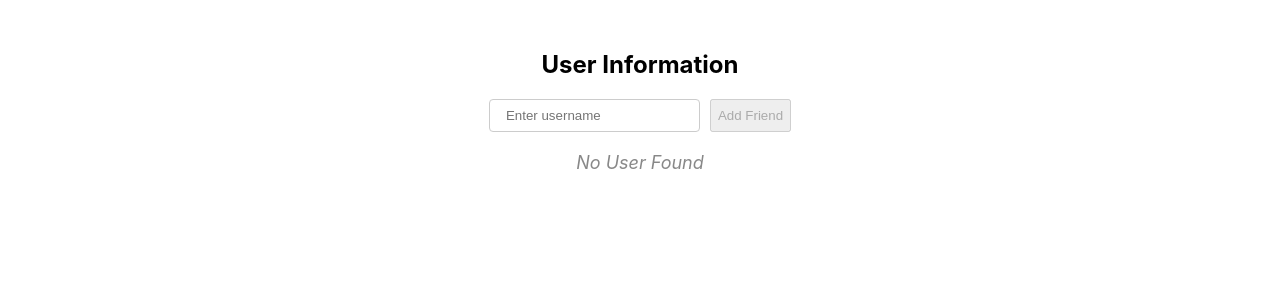
Repository: Sanketh149/leetcode-discord
Page: /
An editor plug-in stored every save of this project. The page is shown before and after the next save, followed by the edit.
The browser window is 1280 px wide. The pictures show the whole page.
The project was rebuilt for these pictures with package versions that can differ from the ones it lists, and the page was loaded fresh each time. Also part of the build but not shown: src/Modal.module.css, src/Modal.js, src/Cart.module.css, src/Cart.js.

Above is the page before, as saved 2023-06-21 16:23:33.

After the next save:
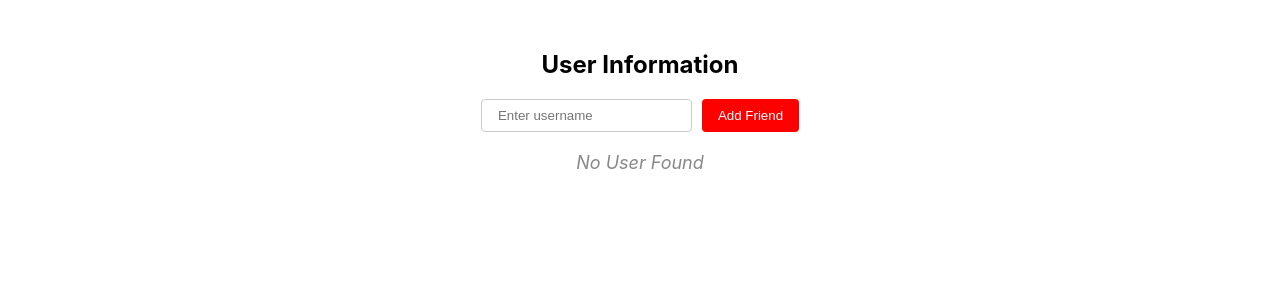
Saved 14 s later.
--- a/src/App.css
+++ b/src/App.css
@@ -30,7 +30,7 @@
   cursor: pointer;
 }
 
-.app__button :disabled {
+.app__button_disabled {
   padding: 8px 16px;
   border-radius: 4px;
   background-color: red;
